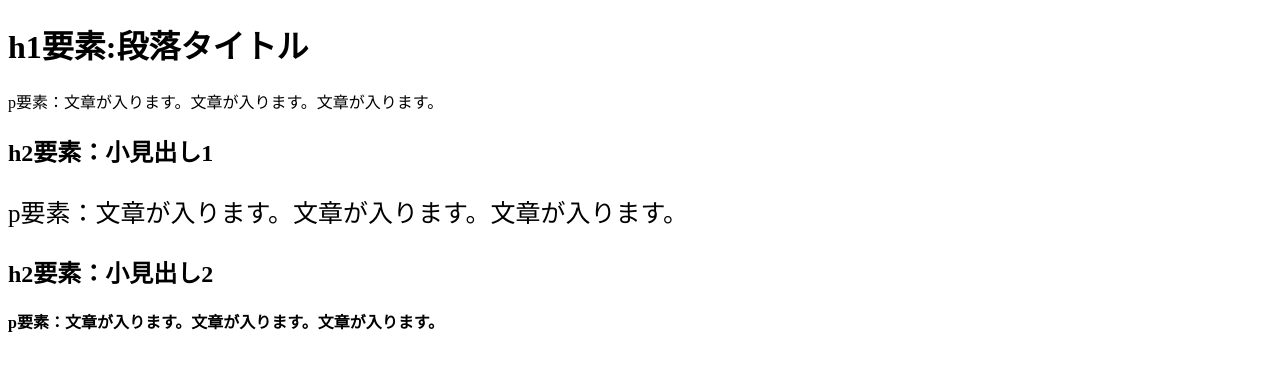
Repository: Makishima-kouhei/samurai_HTML-CSS
Page: index.html
The author's editor kept a record of every edit. The page is drawn from the files as they stood at one moment, then again after the next edit.
The browser window is 1280 px wide. The pictures show the whole page.

Above is the page before.

After the next edit:
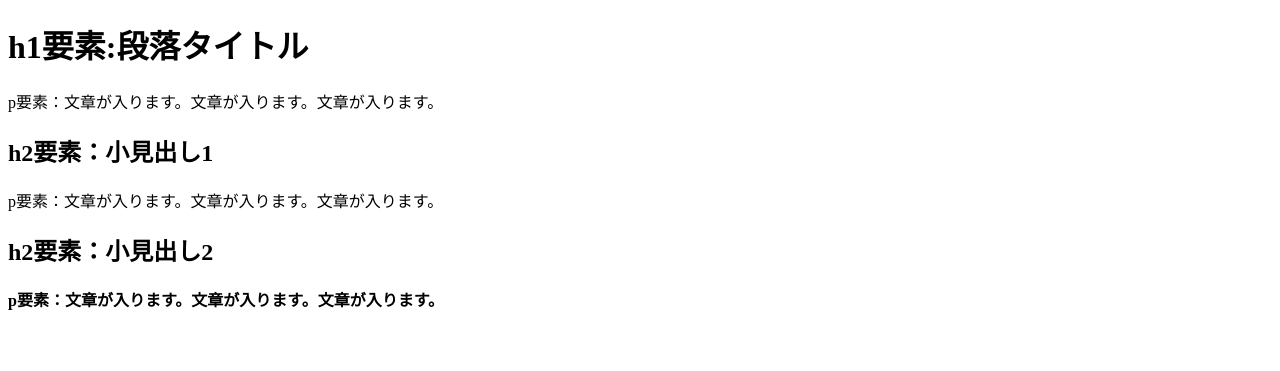
The edit:
--- a/index.html
+++ b/index.html
@@ -8,7 +8,7 @@
         <h1 class="blue">h1要素:段落タイトル</h1>
         <p>p要素：文章が入ります。文章が入ります。文章が入ります。</p>
         <h2 class="blue">h2要素：小見出し1</h2>
-        <p style="font-size:25px;">
+        <p class="fs-25">
             p要素：文章が入ります。文章が入ります。文章が入ります。
             </p>
         <h2 id="red">h2要素：小見出し2</h2>
